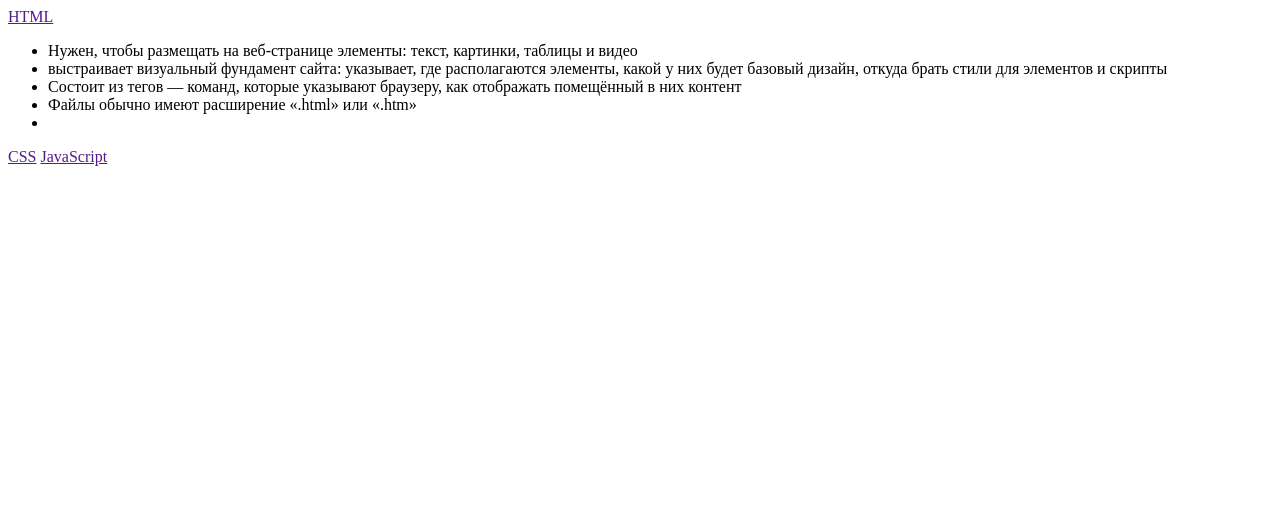
Repository: JonniRed/urban
Page: task1/second_page.html
An editor plug-in stored every save of this project. The page is shown before and after the next save, followed by the edit.
The browser window is 1280 px wide. The pictures show the whole page.

Above is the page before, as saved 2024-09-10 10:44:36.

After the next save:
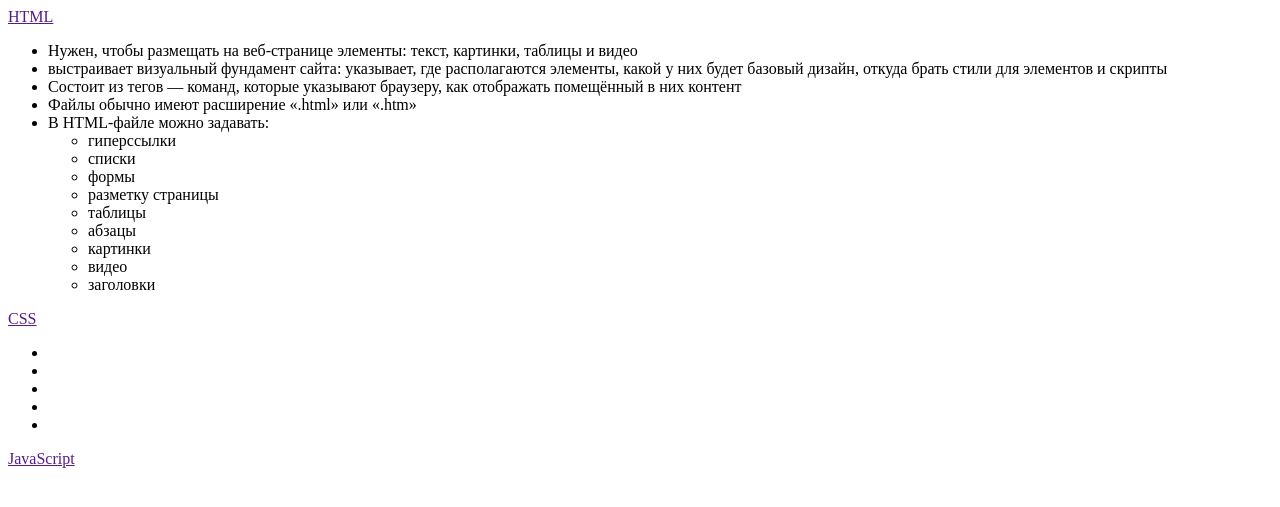
Saved 2 min 18 s later.
--- a/task1/second_page.html
+++ b/task1/second_page.html
@@ -17,11 +17,32 @@
           дизайн, откуда брать стили для элементов и скрипты</li>
         <li>Состоит из тегов — команд, которые указывают браузеру, как отображать помещённый в них контент</li>
         <li>Файлы обычно имеют расширение «.html» или «.htm»</li>
+        <li>В HTML-файле можно задавать:
+          <ul>
+            <li>гиперссылки</li>
+            <li>списки</li>
+            <li>формы</li>
+            <li>разметку страницы</li>
+            <li>таблицы</li>
+            <li>абзацы</li>
+            <li>картинки</li>
+            <li>видео</li>
+            <li>заголовки</li>
+          </ul>
+        </li>
+      </ul>
+    </article>
+    <article>
+      <a href="">CSS</a>
+      <ul>
+        <li></li>
+        <li></li>
+        <li></li>
+        <li></li>
         <li></li>
       </ul>
     </article>
 
-    <a href="">CSS</a>
     <a href="">JavaScript</a>
   </div>
 </body>
